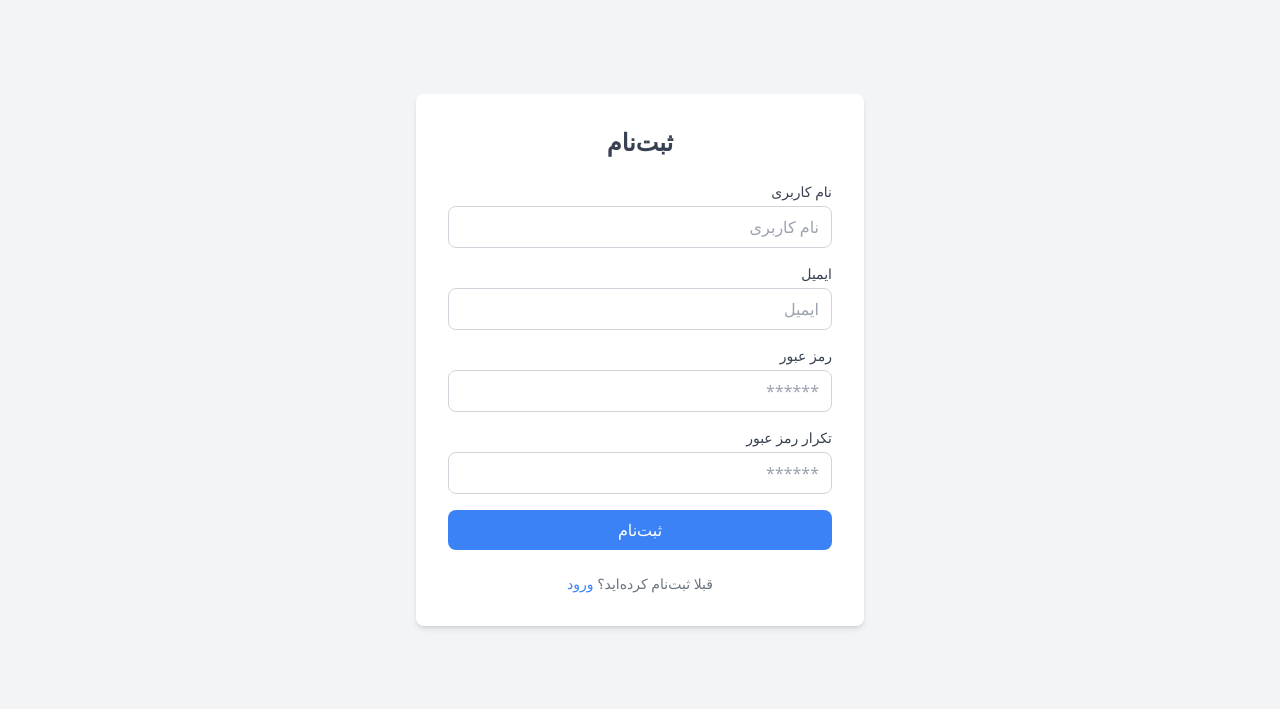
Repository: spnovaa/work-hive
Page: /register (app in front_end/)
The author's editor kept a copy of each file at every save. The page is drawn from the files as they stood at one save, then again after the next save.
The browser window is 1280 px wide. The pictures show the whole page.
The project was rebuilt for these pictures with package versions that can differ from the ones it lists, and the page was loaded fresh each time. Also part of the build but not shown: front_end/src/pages/login.jsx.

Above is the page before, as saved 2025-01-16 11:26:22.

### front_end/src/index.js
import React from 'react';
import ReactDOM from 'react-dom/client'; // Import from 'react-dom/client' for React 18+
import './styles/globals.css';
import App from './App';

// Create a root element for rendering the React application
const root = ReactDOM.createRoot(document.getElementById('root'));

// Use the new `render` method for React 18+
root.render(
  <React.StrictMode>
    <App />
  </React.StrictMode>
);

### front_end/src/App.jsx
import React from 'react';
import { BrowserRouter as Router, Routes, Route } from 'react-router-dom';
import Login from './pages/login';
import Registration from './pages/registration';

function App() {
  return (
    <Router>
      <Routes>
        <Route path="/login" element={<Login />} />
        <Route path="/register" element={<Registration />} /> {/* Registration page route */}
      </Routes>
    </Router>
  );
}

export default App;

### front_end/src/pages/registration.jsx
import React from 'react';
import { useForm } from 'react-hook-form';
import { registerUser } from '../api/auth';
import Cookies from 'js-cookie';

const Registration = () => {
  const {
    register,
    handleSubmit,
    setError,
    formState: { errors },
  } = useForm();

  const onSubmit = async (data) => {
    if (data.password !== data.confirmPassword) {
      setError('confirmPassword', { message: 'رمز عبور و تکرار آن باید یکسان باشد' });
      return;
    }

    try {
      const response = await registerUser({
        name: data.username,
        email: data.email,
        password: data.password,
      });

      if (response.token) {
        Cookies.set('jwt', response.token, { secure: true, sameSite: 'Strict' });
        alert('ثبت‌نام موفقیت‌آمیز بود!');
      } else {
        throw new Error(response.message || 'Unknown error occurred');
      }
    } catch (error) {
      setError('server', { message: error.message || 'خطایی رخ داد' });
    }
  };

  return (
    <div className="min-h-screen flex items-center justify-center bg-gray-100">
      <div className="w-full max-w-md bg-white p-8 rounded-lg shadow-md" style={{ direction: 'rtl' }}>
        <h1 className="text-2xl font-bold text-gray-700 text-center mb-6">ثبت‌نام</h1>

        <form onSubmit={handleSubmit(onSubmit)} className="space-y-4">
          {/* Username Field */}
          <div className="relative mb-4">
            <label className="block text-sm font-medium text-gray-700 mb-1">نام کاربری</label>
            <input
              type="text"
              {...register('username', { required: 'نام کاربری الزامی است' })}
              className="w-full border border-gray-300 rounded-lg px-3 py-2 text-gray-900 focus:outline-none focus:ring-2 focus:ring-blue-500 focus:border-blue-500"
              placeholder="نام کاربری"
            />
            {errors.username && (
              <p className="text-red-500 text-sm mt-1">{errors.username.message}</p>
            )}
          </div>

          {/* Email Field */}
          <div className="relative mb-4">
            <label className="block text-sm font-medium text-gray-700 mb-1">ایمیل</label>
            <input
              type="email"
              {...register('email', {
                required: 'ایمیل الزامی است',
                pattern: {
                  value: /^[^\s@]+@[^\s@]+\.[^\s@]+$/,
                  message: 'فرمت ایمیل معتبر نیست',
                },
              })}
              className="w-full border border-gray-300 rounded-lg px-3 py-2 text-gray-900 focus:outline-none focus:ring-2 focus:ring-blue-500 focus:border-blue-500"
              placeholder="ایمیل"
            />
            {errors.email && (
              <p className="text-red-500 text-sm mt-1">{errors.email.message}</p>
            )}
          </div>

          {/* Password Field */}
          <div className="relative mb-4">
            <label className="block text-sm font-medium text-gray-700 mb-1">رمز عبور</label>
            <input
              type="password"
              {...register('password', { required: 'رمز عبور الزامی است' })}
              className="w-full border border-gray-300 rounded-lg px-3 py-2 text-gray-900 focus:outline-none focus:ring-2 focus:ring-blue-500 focus:border-blue-500"
              placeholder="******"
            />
            {errors.password && (
              <p className="text-red-500 text-sm mt-1">{errors.password.message}</p>
            )}
          </div>

          {/* Confirm Password Field */}
          <div className="relative mb-4">
            <label className="block text-sm font-medium text-gray-700 mb-1">تکرار رمز عبور</label>
            <input
              type="password"
              {...register('confirmPassword', { required: 'تکرار رمز عبور الزامی است' })}
              className="w-full border border-gray-300 rounded-lg px-3 py-2 text-gray-900 focus:outline-none focus:ring-2 focus:ring-blue-500 focus:border-blue-500"
              placeholder="******"
            />
            {errors.confirmPassword && (
              <p className="text-red-500 text-sm mt-1">{errors.confirmPassword.message}</p>
            )}
          </div>

          {errors.server && (
            <p className="text-red-500 text-sm mb-4 text-center">
              {errors.server.message}
            </p>
          )}

          <button
            type="submit"
            className="w-full bg-blue-500 text-white py-2 px-4 rounded-lg hover:bg-blue-600 focus:ring-2 focus:ring-blue-300 focus:outline-none"
          >
            ثبت‌نام
          </button>
        </form>

        <div className="mt-6 text-center">
          <p className="text-sm text-gray-500">
            قبلا ثبت‌نام کرده‌اید؟{' '}
            <a href="/login" className="text-blue-500 hover:underline">ورود</a>
          </p>
        </div>
      </div>
    </div>
  );
};

export default Registration;

### front_end/src/api/auth.js
import axios from 'axios';

const BASE_URL = 'https://work-hive.liara.run/api/v1';

export const login = async (credentials) => {
  try {
    const response = await axios.post(`${BASE_URL}/auth/login`, credentials, {
      headers: {
        'Content-Type': 'application/json',
      },
    });
    return response.data;
  } catch (error) {
    throw error.response?.data?.message || 'Login failed';
  }
};

export const registerUser = async (userData) => {
  try {
    const response = await axios.post(`${BASE_URL}/auth/register`, userData, {
      headers: {
        'Content-Type': 'application/json',
      },
    });
    return response.data;
  } catch (error) {
    throw error.response?.data?.message || 'Registration failed';
  }
};

Loaded but not shown: front_end/public/index.html (common file); front_end/src/styles/globals.css (common file); front_end/tailwind.config.js (common file)

After the next save:
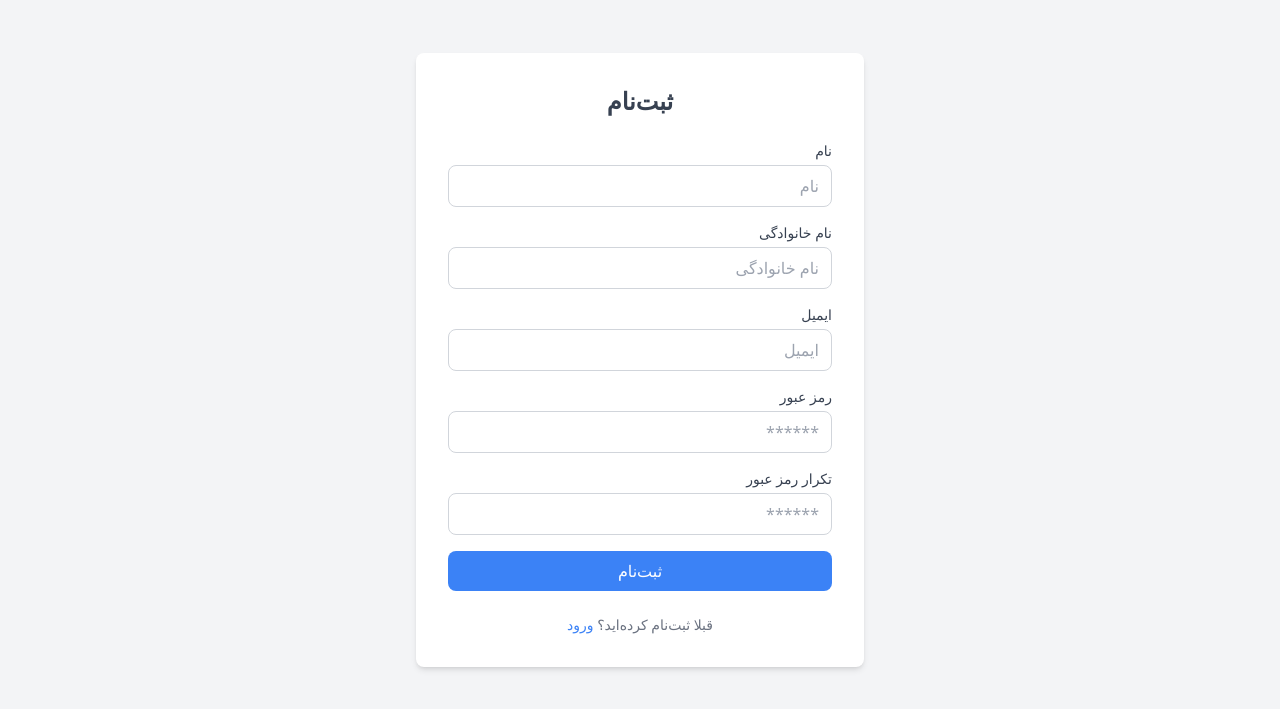
Saved 4 min 1 s later.
--- a/front_end/src/pages/registration.jsx
+++ b/front_end/src/pages/registration.jsx
@@ -19,16 +19,17 @@
 
     try {
       const response = await registerUser({
-        name: data.username,
+        name: data.firstName, // Matches the Swagger API field
+        lastName: data.lastName, // Matches the Swagger API field
         email: data.email,
         password: data.password,
       });
 
       if (response.token) {
         Cookies.set('jwt', response.token, { secure: true, sameSite: 'Strict' });
-        alert('ثبت‌نام موفقیت‌آمیز بود!');
+        alert(`ثبت‌نام موفقیت‌آمیز بود! خوش آمدید ${response.user.name} ${response.user.lastName}`);
       } else {
-        throw new Error(response.message || 'Unknown error occurred');
+        throw new Error('Unknown error occurred during registration');
       }
     } catch (error) {
       setError('server', { message: error.message || 'خطایی رخ داد' });
@@ -41,17 +42,31 @@
         <h1 className="text-2xl font-bold text-gray-700 text-center mb-6">ثبت‌نام</h1>
 
         <form onSubmit={handleSubmit(onSubmit)} className="space-y-4">
-          {/* Username Field */}
+          {/* First Name Field */}
           <div className="relative mb-4">
-            <label className="block text-sm font-medium text-gray-700 mb-1">نام کاربری</label>
+            <label className="block text-sm font-medium text-gray-700 mb-1">نام</label>
             <input
               type="text"
-              {...register('username', { required: 'نام کاربری الزامی است' })}
+              {...register('firstName', { required: 'نام الزامی است' })}
               className="w-full border border-gray-300 rounded-lg px-3 py-2 text-gray-900 focus:outline-none focus:ring-2 focus:ring-blue-500 focus:border-blue-500"
-              placeholder="نام کاربری"
+              placeholder="نام"
             />
-            {errors.username && (
-              <p className="text-red-500 text-sm mt-1">{errors.username.message}</p>
+            {errors.firstName && (
+              <p className="text-red-500 text-sm mt-1">{errors.firstName.message}</p>
+            )}
+          </div>
+
+          {/* Last Name Field */}
+          <div className="relative mb-4">
+            <label className="block text-sm font-medium text-gray-700 mb-1">نام خانوادگی</label>
+            <input
+              type="text"
+              {...register('lastName', { required: 'نام خانوادگی الزامی است' })}
+              className="w-full border border-gray-300 rounded-lg px-3 py-2 text-gray-900 focus:outline-none focus:ring-2 focus:ring-blue-500 focus:border-blue-500"
+              placeholder="نام خانوادگی"
+            />
+            {errors.lastName && (
+              <p className="text-red-500 text-sm mt-1">{errors.lastName.message}</p>
             )}
           </div>
 
